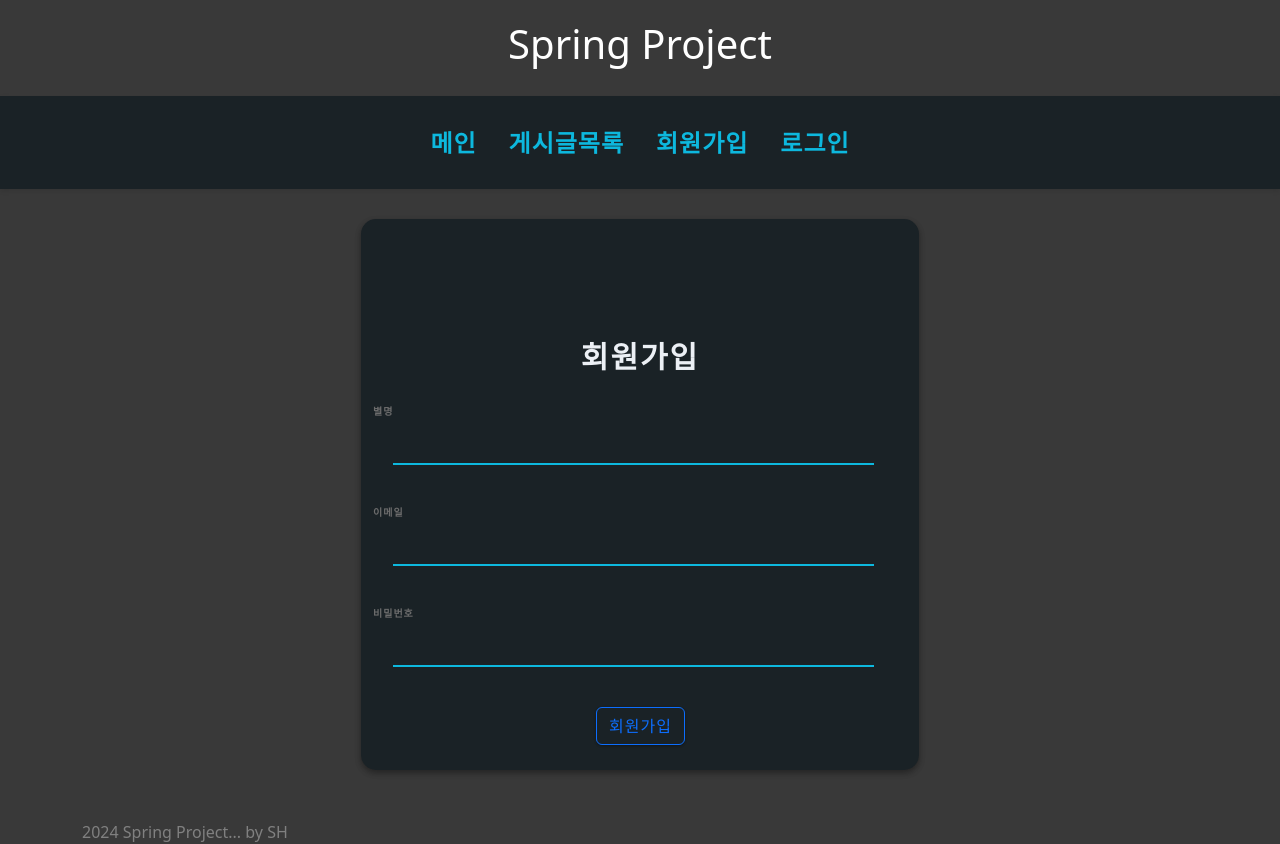
Repository: dtkd19/spring_personal_project
Page: http://localhost/myproject/WEB-INF/views/user/register.jsp
An editor plug-in stored every save of this project. The page is shown before and after the next save, followed by the edit.
The browser window is 1280 px wide. The pictures show the whole page.
The page is served by Tomcat 9. Nobody is signed in. Other server files are loaded and not shown. The template is opened directly, without the code that normally fills it, so the values that code supplies are empty.

Above is the page before, as saved 2024-11-08 08:09:05.

### myproject/src/main/webapp/WEB-INF/views/user/register.jsp
<%@ page language="java" contentType="text/html; charset=UTF-8"
	pageEncoding="UTF-8"%>
<%@ taglib uri="http://java.sun.com/jsp/jstl/core" prefix="c"%>
<link href="../resources/css/login.css" rel="stylesheet"/>
<jsp:include page="../layout/header.jsp" />

<div class="container-md">

	<div class="container">
		<div class="row">
			<div class="col-lg-3 col-md-2"></div>
			<div class="col-lg-6 col-md-8 login-box">
				<div class="col-lg-12 login-key">
					<i class="fa fa-key" aria-hidden="true"></i>
				</div>
				<div class="col-lg-12 login-title">회원가입</div>

				<div class="col-lg-12 login-form">
					<div class="col-lg-12 login-form">
						<form action="/user/register" method="post">

							<div class="form-group">
								<label class="form-control-label">별명</label>
								<input type="text" class="form-control" name="nickName">
							</div>
							<div class="form-group">
								<label class="form-control-label">이메일</label>
								<input type="text" class="form-control" name="email">
							</div>
							<div class="form-group">
								<label class="form-control-label">비밀번호</label>
								<input type="password" class="form-control" name="pwd">
							</div>
							<div class="col-lg-12 loginbttm">
								<div class="col-lg-6 login-btm login-text">
									<!-- Error Message -->
								</div>
								<div class="col-lg-6 login-btm login-button sBtn">
									<button type="submit" class="btn btn-outline-primary">회원가입</button>
								</div>
							</div>
						</form>
					</div>
				</div>
				<div class="col-lg-3 col-md-2"></div>
			</div>
		</div>
	</div>
</div>

<jsp:include page="../layout/footer.jsp" />

### myproject/src/main/webapp/WEB-INF/views/layout/header.jsp
<%@ page language="java" contentType="text/html; charset=UTF-8"
    pageEncoding="UTF-8"%><%@ taglib uri="http://java.sun.com/jsp/jstl/core" prefix="c"%>

 <%@ taglib uri="http://www.springframework.org/security/tags" prefix="sec" %>

<!DOCTYPE html>
<html>
<head>
<meta charset="UTF-8">
<title>header.jsp</title>
<link href="../resources/css/header.css" rel="stylesheet"/>
<link href="https://cdn.jsdelivr.net/npm/bootstrap@5.3.3/dist/css/bootstrap.min.css" rel="stylesheet" integrity="sha384-QWTKZyjpPEjISv5WaRU9OFeRpok6YctnYmDr5pNlyT2bRjXh0JMhjY6hW+ALEwIH" crossorigin="anonymous">
<script src="https://cdn.jsdelivr.net/npm/bootstrap@5.3.3/dist/js/bootstrap.bundle.min.js" integrity="sha384-YvpcrYf0tY3lHB60NNkmXc5s9fDVZLESaAA55NDzOxhy9GkcIdslK1eN7N6jIeHz" crossorigin="anonymous"></script>
</head>
<body style="background-color: #393939">

<h1 style="text-align: center;" class="pj">
	Spring Project
</h1>
<ul class="nav justify-content-center nbar">
  <li class="nav-item">
    <h4><a class="nav-link active" aria-current="page" href="/">메인</a></h4>
  </li>
  <li class="nav-item">
    <h4> <a class="nav-link" href="/board/list">게시글목록</a></h4>
  </li>
  <sec:authorize access="isAnonymous()">
  <li class="nav-item">
     <h4><a class="nav-link" href="/user/register">회원가입</a></h4>
  </li>
  <li class="nav-item">
    <h4> <a class="nav-link" href="/user/login">로그인</a></h4>
  </li>
  </sec:authorize>

  <sec:authorize access="isAuthenticated()">
  <sec:authentication property="principal.uvo.authList" var="auths"/>
	  <li class="nav-item">
		  <h4> <a class="nav-link" href="/board/register">글쓰기</a></h4>
	  </li>
	  <li class="nav-item">
		  <h4> <a class="nav-link" href="/user/mypage">내정보</a></h4>
	  </li>
	  <c:if test="${auths.stream().anyMatch(authVO -> authVO.auth.equals('ROLE_ADMIN')).get()}">
	    <li class="nav-item">
	       <h4> <a class="nav-link text-danger" href="/user/list">사용자목록</a></h4>
	    </li>
	  </c:if>
	  <li class="nav-item">
		   <h4><a class="nav-link" href="/user/logout">로그아웃</a></h4>
	  </li>
  </sec:authorize>
</ul>

</body>
</html>

### myproject/src/main/webapp/resources/css/login.css
@charset "UTF-8";
body {
    background: #222D32;
    font-family: 'Roboto', sans-serif;
}

.login-box {
    margin-top: 75px;
    height: auto;
    background: #1A2226;
    text-align: center;
    box-shadow: 0 3px 6px rgba(0, 0, 0, 0.16), 0 3px 6px rgba(0, 0, 0, 0.23);
    border-radius: 15px;
}

.login-box input{
	width: 90%;
	margin-left: 20px;

}

.login-key {
    height: 100px;
    font-size: 80px;
    line-height: 100px;
    background: -webkit-linear-gradient(#27EF9F, #0DB8DE);
    -webkit-background-clip: text;
    -webkit-text-fill-color: transparent;
}

.login-title {
    margin-top: 15px;
    text-align: center;
    font-size: 30px;
    letter-spacing: 2px;
    margin-top: 15px;
    font-weight: bold;
    color: #ECF0F5;
}

.login-form {
    margin-top: 25px;
    text-align: left;
}

input[type=text] {
    background-color: #1A2226;
    border: none;
    border-bottom: 2px solid #0DB8DE;
    border-top: 0px;
    border-radius: 0px;
    font-weight: bold;
    outline: 0;
    margin-bottom: 20px;
    padding-left: 0px;
    color: #ECF0F5;
}

input[type=password] {
    background-color: #1A2226;
    border: none;
    border-bottom: 2px solid #0DB8DE;
    border-top: 0px;
    border-radius: 0px;
    font-weight: bold;
    outline: 0;
    padding-left: 0px;
    margin-bottom: 20px;
    color: #ECF0F5;
}

.form-group {
    margin-bottom: 40px;
    outline: 0px;
}

.form-control:focus {
    border-color: inherit;
    -webkit-box-shadow: none;
    box-shadow: none;
    border-bottom: 2px solid #0DB8DE;
    outline: 0;
    background-color: #1A2226;
    color: #ECF0F5;
}

input:focus {
    outline: none;
    box-shadow: 0 0 0;
}

label {
    margin-bottom: 0px;
}

.form-control-label {
    font-size: 10px;
    color: #6C6C6C;
    font-weight: bold;
    letter-spacing: 1px;
    padding-bottom: 8px;
}

.btn-outline-primary {
    border-color: #0DB8DE;
    color: #0DB8DE;
    border-radius: 0px;
    font-weight: bold;
    letter-spacing: 1px;
    box-shadow: 0 1px 3px rgba(0, 0, 0, 0.12), 0 1px 2px rgba(0, 0, 0, 0.24);
}

.btn-outline-primary:hover {
    background-color: #0DB8DE;
    right: 0px;
}

.login-btm {
    float: left;
}

.login-button {
    padding-right: 0px;
    margin-left : 30px;
    text-align: right;
    margin-bottom: 25px;
}

.login-text {
    text-align: left;
    padding-left: 0px;
    color: #A2A4A4;
}

.loginbttm {
    padding: 0px;
}

.sBtn{
	margin-left: 45px;
}

### myproject/src/main/webapp/resources/css/header.css
@charset "UTF-8";

body{
	background-image: url("../image/사람2.png") /* 로컬 경로 예시 */
    background-size: cover;
    background-position: center center;
    background-repeat: no-repeat;

.nbar{
	width : 100%;
	padding: 15px 30px;
	background-color: #1A2226;
	color: #ECF0F5;
	box-shadow: 0 2px 5px rgba(0, 0, 0, 0.1);
}

.nbar a{
	  color: #0DB8DE;
	  text-decoration: none;
	  font-weight: bold;
	  letter-spacing: 1px;
	  transition: color 0.3s ease;
	  margin-top: 10px;
}
.nbar a:hover {
    color: #0098C;
}

.container-md{
	margin-top: 30px;
	color: white;
}

.pj{
	padding: 20px;
	color: white;
}

Loaded but not shown: myproject/src/main/webapp/WEB-INF/views/layout/footer.jsp (common file)

After the next save:
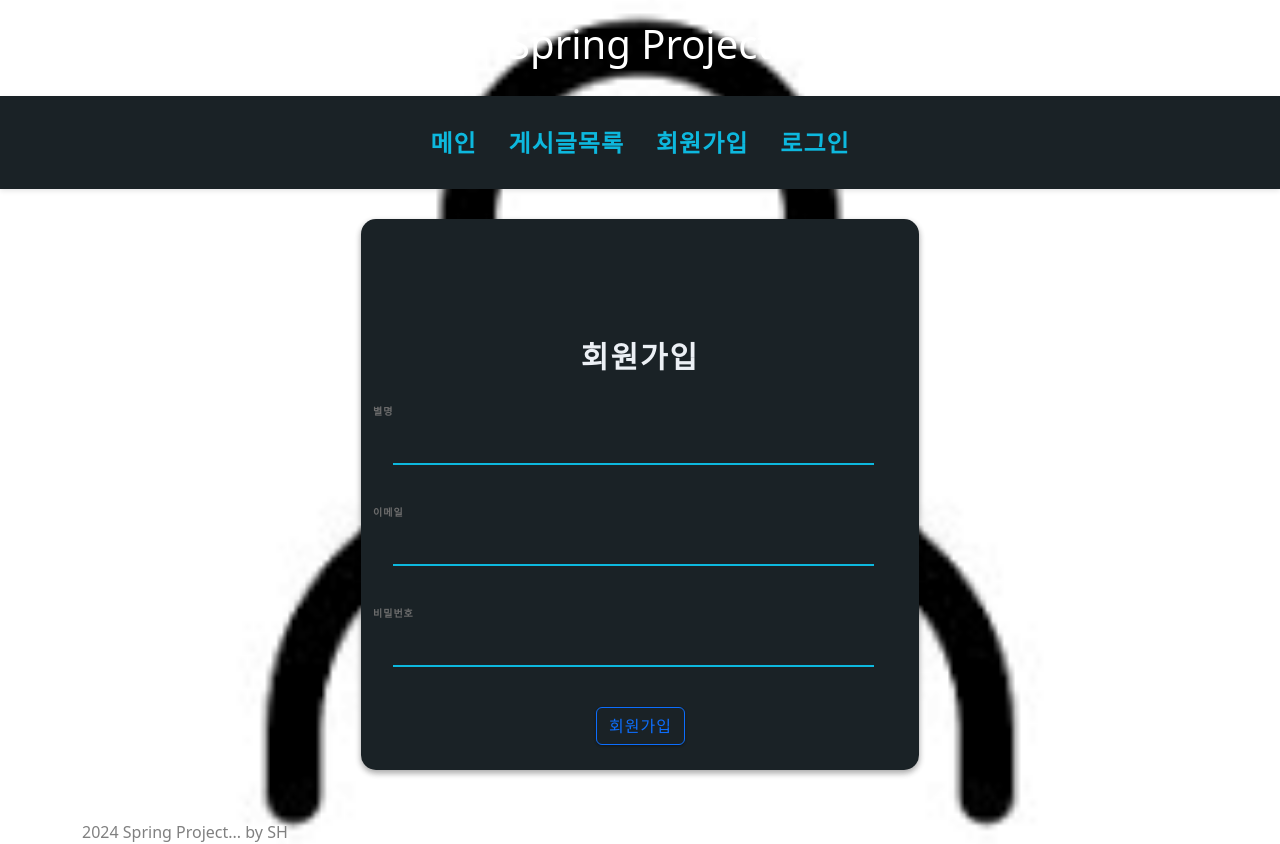
Saved 18 s later.
--- a/myproject/src/main/webapp/resources/css/header.css
+++ b/myproject/src/main/webapp/resources/css/header.css
@@ -1,7 +1,7 @@
 @charset "UTF-8";
 
 body{
-	background-image: url("../image/사람2.png") /* 로컬 경로 예시 */
+	background-image: url("../image/사람2.png");
     background-size: cover;
     background-position: center center;
     background-repeat: no-repeat;

After the save that followed:
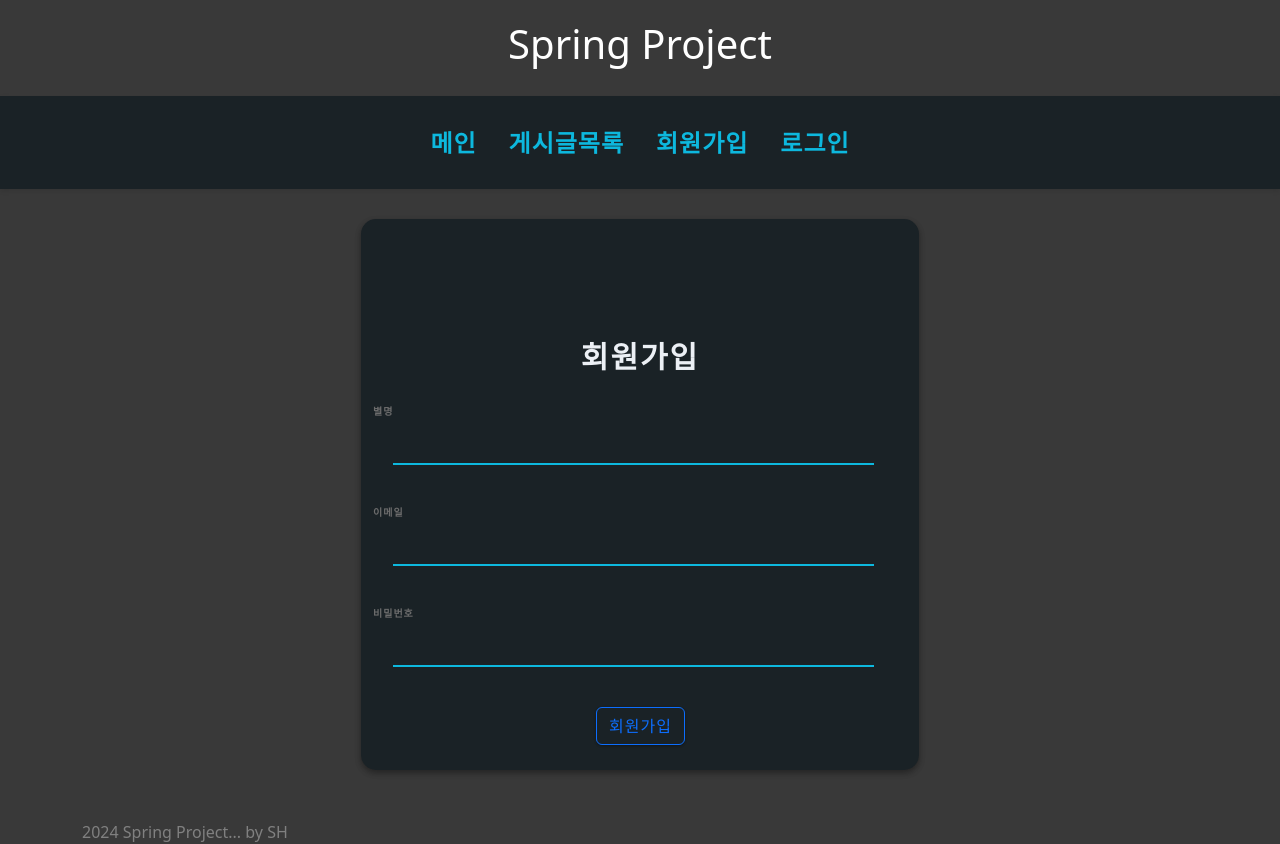
Not found: myproject/myproject/WEB-INF/views/resources/image/123123123.png
Saved 26 s later.
--- a/myproject/src/main/webapp/resources/css/header.css
+++ b/myproject/src/main/webapp/resources/css/header.css
@@ -1,7 +1,7 @@
 @charset "UTF-8";
 
 body{
-	background-image: url("../image/사람2.png");
+	background-image: url("../image/123123123.png");
     background-size: cover;
     background-position: center center;
     background-repeat: no-repeat;
